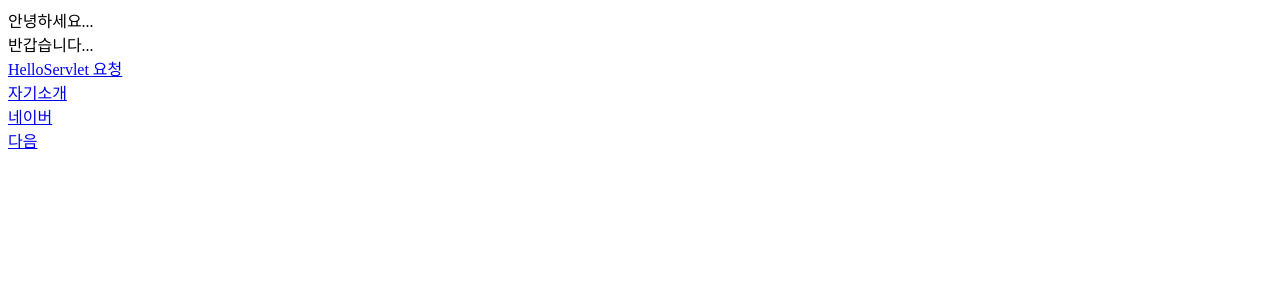
Repository: fellownew/web_workspace
Page: HelloworldWeb/WebContent/hello.html
The author's editor kept a copy of each file at every save. The page is drawn from the files as they stood at one save, then again after the next save.
The browser window is 1280 px wide. The pictures show the whole page.

Above is the page before, as saved 2015-03-12 08:16:34.

After the next save:
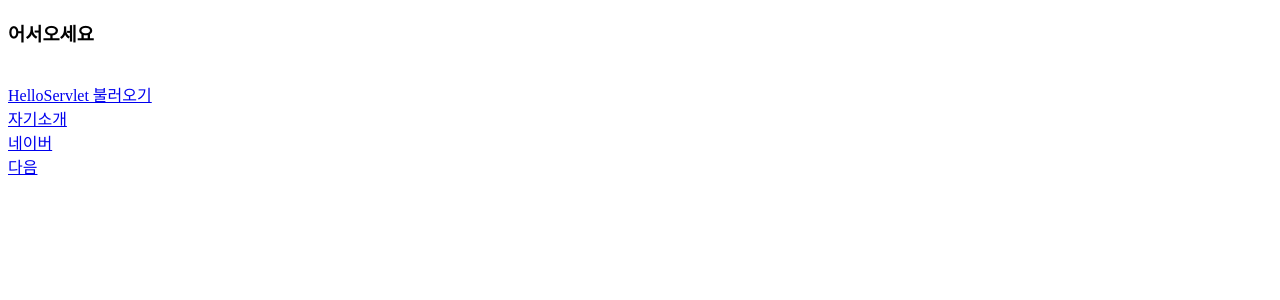
Saved 61 s later.
--- a/HelloworldWeb/WebContent/hello.html
+++ b/HelloworldWeb/WebContent/hello.html
@@ -5,9 +5,8 @@
 	<title>Hello title</title>
 </head>
 <body>
-	안녕하세요...<br>
-	반갑습니다...<br>
-	<a href="http://127.0.0.1:8088/HelloworldWeb/helloServlet"> HelloServlet 요청</a><br/>
+	<h3>어서오세요</h3><br/>
+	<a href="http://127.0.0.1:8088/HelloworldWeb/helloServlet"> HelloServlet 불러오기</a><br/>
 	<a href="http://127.0.0.1:8088/HelloworldWeb/introductionServlet">자기소개</a><br/>
 	<a href="http://www.naver.com">네이버</a><br/>
 	<a href="http://www.daum.net">다음</a><br/>
